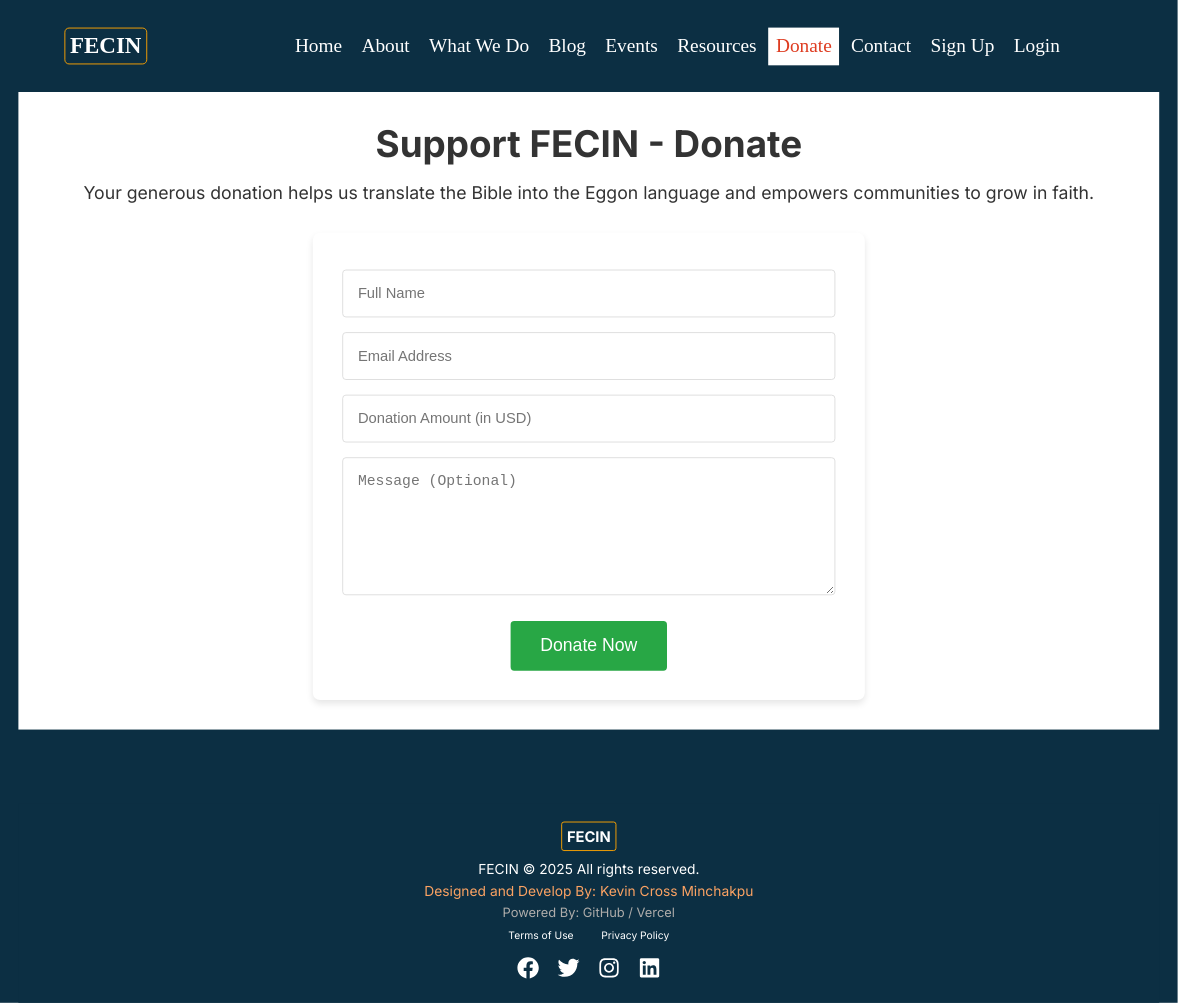
Repository: KCMinchakpu/fecin-projectgs497
Page: /donate
The author's editor kept a copy of each file at every save. The page is drawn from the files as they stood at one save, then again after the next save.
The browser window is 1280 px wide. The pictures show the whole page, at 92% of full size.
The page's requests for data from a server got no answer. The project was rebuilt for these pictures with package versions that can differ from the ones it lists, and the page was loaded fresh each time. The framework's server and built-in components were replaced by stand-ins that run in the browser. No one was signed in, and anything a server would have sent is missing. Also part of the build but not shown: next.config.mjs.

Above is the page before, as saved 2025-04-13 14:47:01.

### src/app/layout.js
"use client";

import { Inter } from "next/font/google";
import "./globals.css";
import Navbar from "@/components/navbar/Navbar";
import Footer from "@/components/footer/Footer";
import { SessionProvider } from "next-auth/react"; // Import SessionProvider

const inter = Inter({ subsets: ["latin"] });

export default function RootLayout({ children }) {
  return (
    <html lang="en">
      <body className={inter.className}>
        <SessionProvider>
          <div className="container">
            <Navbar />
            {children}
            <Footer />
          </div>
        </SessionProvider>
      </body>
    </html>
  );
}

### src/app/donate/page.jsx
"use client";

import React, { useState } from "react";
import styles from './donate.module.css';

const Donate = () => {
  const [donationAmount, setDonationAmount] = useState("");
  const [name, setName] = useState("");
  const [email, setEmail] = useState("");
  const [message, setMessage] = useState("");

  const handleSubmit = (e) => {
    e.preventDefault();

    if (!donationAmount || isNaN(donationAmount) || donationAmount <= 0) {
      alert("Please enter a valid donation amount.");
      return;
    }

    // PayPal donation URL (replace YOUR_BUTTON_ID with your actual PayPal button ID)
    const paypalUrl = `https://www.paypal.com/donate/?hosted_button_id=U22UU2K4YEQBN&amount=${donationAmount}`;

       // Redirect to PayPal with the donation amount
    window.location.href = paypalUrl;
  };

  return (
    <div className={styles.donateContainer}>
      <h1 className={styles.title}>Support FECIN - Donate</h1>
      <p className={styles.description}>
        Your generous donation helps us translate the Bible into the Eggon language and empowers communities to grow in faith.
      </p>

      <div className={styles.donationForm}>
        <form onSubmit={handleSubmit}>
          <input
            type="text"
            placeholder="Full Name"
            className={styles.input}
            value={name}
            onChange={(e) => setName(e.target.value)}
            required
          />
          <input
            type="email"
            placeholder="Email Address"
            className={styles.input}
            value={email}
            onChange={(e) => setEmail(e.target.value)}
            required
          />
          <input
            type="number"
            placeholder="Donation Amount (in USD)"
            className={styles.input}
            value={donationAmount}
            onChange={(e) => setDonationAmount(e.target.value)}
            required
          />
          <textarea
            placeholder="Message (Optional)"
            className={styles.textarea}
            value={message}
            onChange={(e) => setMessage(e.target.value)}
          ></textarea>
          <button type="submit" className={styles.button}>
            Donate Now
          </button>
        </form>
      </div>
    </div>
  );
};

export default Donate;

### src/app/globals.css
:root {
    --bg: #0c2f43;
    --text: white;
    --bgSoft: #091f2c;
    --textSoft: rgb(237, 232, 232);
    --btn: #de3c21;
    --bgWhite: white;
    --textGray: #444444;
}

/* Box sizing rules */
* {
    box-sizing: border-box;
    margin:0;
    padding: 0;
  }

/* Set core body defaults */
body {
    background-color: var(--bgWhite);
    color: var(--text);
  }

a {
    color: inherit;
    text-decoration: none;
}

.container {
  background-color: var(--bg);
  width: 100%; /* Default for small screens */
  margin: auto;
  padding-left: 20px;
  padding-right: 20px;
  min-height: 120vh;
  display: flex;
  flex-direction: column;
  justify-content: space-between;
}

.callnana {
    background-color: var(--bgWhite);
    color: var(--textGray);
    padding: 20px;
    border-radius: 8px;
    box-shadow: 0 4px 8px rgba(0, 0, 0, 0.1);
    margin-bottom: 20px;
    width: 400px;
    height: 200px;
    align-items: center;
    justify-items: center;
}

### src/components/navbar/Navbar.jsx
import React from 'react';
import Link from 'next/link';
import Links from "./links/Links";
import styles from "./navbar.module.css";

const Navbar = () => {
  return (
    <div className={styles.container}>
      <Link href="/" className={styles.logo}>FECIN</Link>
      <div>
        <Links />
      </div>
    </div>
  );
};

export default Navbar;

### src/components/footer/Footer.jsx
import React from 'react';
import styles from './footer.module.css';
import { FaFacebook, FaTwitter, FaInstagram, FaLinkedin } from 'react-icons/fa';

const Footer = () => {
  return (
    <div className={styles.container}>
      <div className={styles.logo}>
        {/* You can add a logo image here if needed */}
        <h2>FECIN</h2>
      </div>
      <div>
        <p className={styles.text}>FECIN © 2025 All rights reserved.</p>
        <p className={styles.author}>
          <a href="https://www.linkedin.com/in/kevin-cross-minchakpu-7897379a" target="_blank">Designed and Develop By: Kevin Cross Minchakpu</a>
          </p>
        <p className={styles.company}>
          <a href="https://octatesystems.github.io/OSNigeria/">Powered By: GitHub / Vercel</a>
          </p>
      </div>
      <div className={styles.links}>
        <a href="/terms" className={styles.link}>Terms of Use</a>
        <a href="/privacy" className={styles.link}>Privacy Policy</a>
      </div>
      <div className={styles.socialIcons}>
        <a href="https://facebook.com" target="_blank" rel="noopener noreferrer" className={styles.icon}>
          <FaFacebook />
        </a>
        <a href="https://twitter.com" target="_blank" rel="noopener noreferrer" className={styles.icon}>
          <FaTwitter />
        </a>
        <a href="https://instagram.com" target="_blank" rel="noopener noreferrer" className={styles.icon}>
          <FaInstagram />
        </a>
        <a href="https://linkedin.com" target="_blank" rel="noopener noreferrer" className={styles.icon}>
          <FaLinkedin />
        </a>
      </div>
    </div>
  );
};

export default Footer;

### src/app/donate/donate.module.css
.donateContainer {
    padding: 2rem;
    background-color: #ffffff;
    text-align: center;
    margin-bottom: 80px;
  }

  .title {
    font-size: 2.5rem;
    font-weight: bold;
    margin-bottom: 1rem;
    color: #333;
  }

  .description {
    font-size: 1.2rem;
    margin-bottom: 2rem;
    color: #333;
  }

  .donationForm {
    max-width: 600px;
    margin: 0 auto;
    background-color: #fff;
    padding: 2rem;
    box-shadow: 0 4px 8px rgba(0, 0, 0, 0.1);
    border-radius: 8px;
  }

  .input {
    width: 100%;
    padding: 1rem;
    margin: 0.5rem 0;
    border: 1px solid #ddd;
    border-radius: 4px;
    font-size: 1rem;
  }

  .textarea {
    width: 100%;
    padding: 1rem;
    margin: 0.5rem 0;
    border: 1px solid #ddd;
    border-radius: 4px;
    font-size: 1rem;
    height: 150px;
  }

  .button {
    padding: 1rem 2rem;
    background-color: #28a745;
    color: #fff;
    border: none;
    border-radius: 4px;
    font-size: 1.2rem;
    cursor: pointer;
    margin-top: 1rem;
    transition: background-color 0.3s;
  }

  .button:hover {
    background-color: #218838;
  }

### src/components/navbar/links/Links.jsx
"use client";

import React, { useState } from "react";
import { useSession } from "next-auth/react";
import Image from 'next/image';
import NavLink from "../navLink/navLink";
import styles from "./links.module.css";

const links = [
  { title: "Home", path: "/" },
  { title: "About", path: "/about" },
  { title: "What We Do", path: "/whatwedo" },
  { title: "Blog", path: "/blog" },
  { title: "Events", path: "/upcoming-events" },
  { title: "Resources", path: "/resources" },
  { title: "Donate", path: "/donate" },
  { title: "Contact", path: "/contact" },
  { title: "Sign Up", path: "/signup" },
  ];

const Links = () => {
  const [open, setOpen] = useState(false);
  const { data: session, status } = useSession();

  const isAdmin = session?.user?.role === "admin";

  return (
    <div className={styles.container}>
      <div className={styles.links}>
        {links.map((link) => (
          <NavLink item={link} key={link.title} />
        ))}

        {!session && status !== "loading" && (
          <NavLink item={{ title: "Login", path: "/login" }} />
        )}

        {session && isAdmin && (
          <NavLink item={{ title: "Admin", path: "/admin" }} />
        )}

        {session && (
          <form method="post" action="/api/auth/signout">
            <button className={styles.logout}>Logout</button>
          </form>
        )}
      </div>

      <Image
        className={styles.menuButton}
        src="/menu.png"
        alt="Hamburger menu"
        width={30}
        height={30}
        onClick={() => setOpen((prev) => !prev)}
      />

      {open && (
        <div className={styles.mobileLinks}>
          {links.map((link) => (
            <NavLink item={link} key={link.title} />
          ))}
        </div>
      )}
    </div>
  );
};

export default Links;

### src/components/navbar/navbar.module.css
.container {
    height: 100px;
    display: flex;
    align-items: center;
    justify-content: space-between;
}

.logo {
    font-size: 25px;
    font-weight: bold;
    font-family: "Play", serif;
    font-weight: 700;
    font-style: normal;
    border: 1.5px solid orange;
    padding: 5px;
    border-radius: 5px;
    margin-left: 50px;
}

### src/components/footer/footer.module.css
/* Footer Container */
.container {
    background-color: var(--bg);
    color: white;
    display: flex;
    flex-direction: column;
    align-items: center;
    justify-content: space-between;
    padding: 20px;
    text-align: center;
  }

  .logo h2 {
    font-size: 1rem;
    margin-bottom: 10px;
    border: 1px solid orange;
    padding: 5px;
    border-radius: 3px;
  }

  .text {
    margin-bottom: 5px;
    font-size: 15px;

  }
  .author {
    margin-bottom: 5px;
    font-size: 15px;
    color: rgb(250, 162, 99);
  }

  .company {
    margin-bottom: 5px;
    font-size: 14px;
    color: rgb(174, 172, 170);
  }

  .author:hover {
    text-decoration: underline;
  }

  .company:hover {
    text-decoration: underline;
  }

  .links {
    margin-bottom: 15px;
  }

  .link {
    color: white;
    margin: 0 15px;
    text-decoration: none;
    font-size: 0.7rem;
  }

  .link:hover {
    text-decoration: underline;
  }

  .socialIcons {
    display: flex;
    justify-content: center;
    gap: 20px;
  }

  .icon {
    font-size: 1.5rem;
    color: white;
    transition: color 0.3s ease;
  }

  .icon:hover {
    color: #0070f3;
  }


  @media (min-width: 768px) {
    .container {
      flex-direction: column;
      align-items: center;
      justify-content: space-around;
    }
  }

### src/components/navbar/navLink/navLink.jsx
"use client";

import React from "react";
import Link from "next/link";
import { usePathname } from "next/navigation";
import styles from "./navLink.module.css";

const NavLink = ({ item }) => {
  const pathName = usePathname();
  return (
    <Link
      href={item.path}
      className={`${styles.container} ${
        pathName === item.path ? styles.active : ""
      }`}
    >
      {item.title}
    </Link>
  );
};

export default NavLink;

### src/components/navbar/links/links.module.css
.links {
    display: flex;
    align-items: center;
    gap: 5px;
    font-family: "Play", serif;
    font-style: normal;
    margin-right: 100px;
    font-size: 21px;
}

.logout {
    padding: 5px;
    cursor: pointer;
    font-weight: bold;
    font-size: 15px;
}

.menuButton,
.mobileLinks {
   display: none;
  }

  @media (max-width: 480px){
    .links {
        display: none;
    }

    .menuButton {
        display: block;
        cursor: pointer;
      }

    .mobileLinks {
        position: absolute;
        top: 100px;
        right: 0;
        width: 50%;
        height: calc(100vh-100px);
        /*background-color: var(--bg);*/
       background-color: brown;
        display: flex;
        flex-direction: column;
        align-items: center;
        justify-content: center;
        gap: 10px;
      }
  }

### src/components/navbar/navLink/navLink.module.css
.container {
    padding: 8px;
    text-align: center;


}

.active {
    background-color: var(--text);
    color: var(--btn);
}

After the next save:
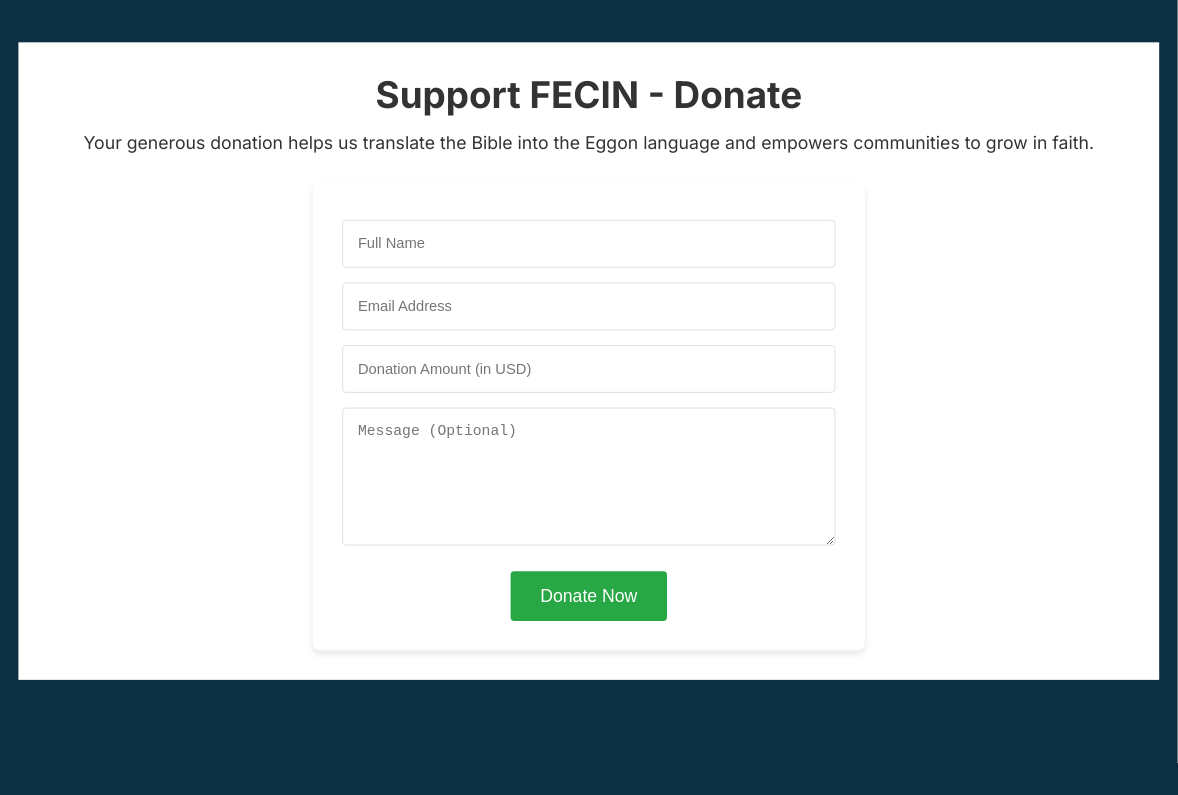
Saved 5 min 25 s later.
--- a/src/app/layout.js
+++ b/src/app/layout.js
@@ -14,9 +14,9 @@
       <body className={inter.className}>
         <SessionProvider>
           <div className="container">
-            <Navbar />
+            <navbar />
             {children}
-            <Footer />
+            <footer />
           </div>
         </SessionProvider>
       </body>

After the save that followed:
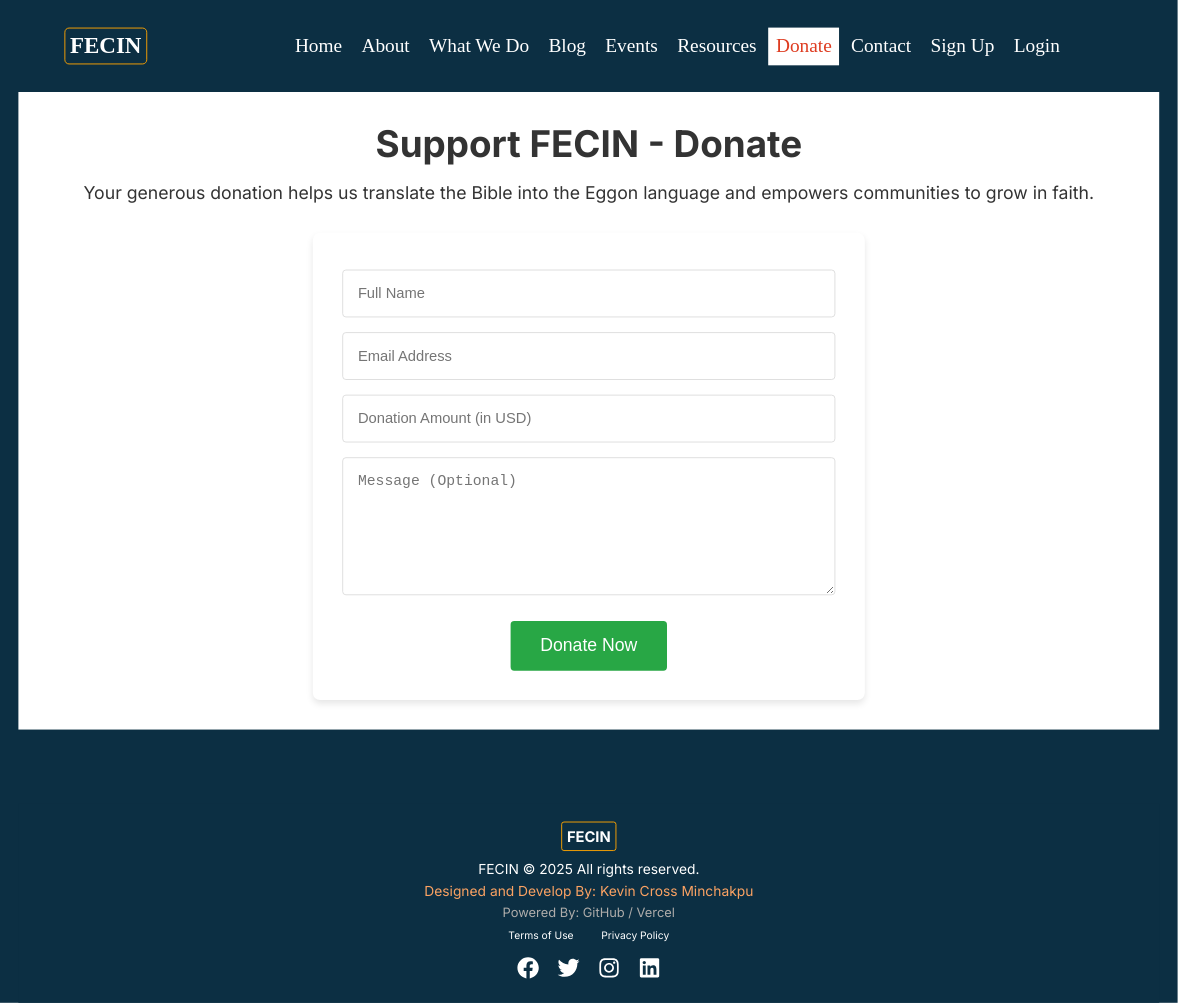
Saved 3 min 17 s later.
--- a/src/app/layout.js
+++ b/src/app/layout.js
@@ -14,9 +14,9 @@
       <body className={inter.className}>
         <SessionProvider>
           <div className="container">
-            <navbar />
+            <Navbar />
             {children}
-            <footer />
+            <Footer />
           </div>
         </SessionProvider>
       </body>
